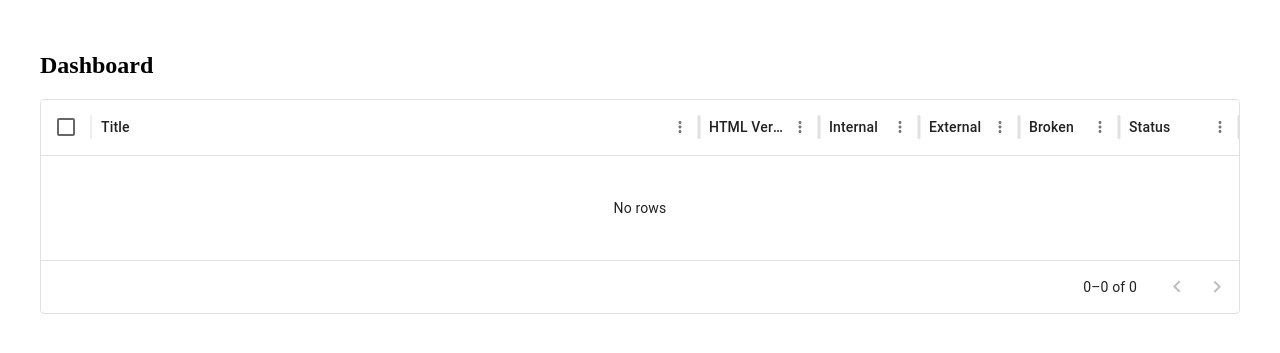
Repository: asliayk/web-crawler-dashboard
Page: /dashboard (app in frontend/)
These files come from the project's save history. The page is drawn as it stood at one moment and after the next save; the edit follows.
The browser window is 1280 px wide. The pictures show the whole page.
The page's requests for data from a server got no answer. The project was rebuilt for these pictures with package versions that can differ from the ones it lists, and the page was loaded fresh each time. No one was signed in, and anything a server would have sent is missing. Also part of the build but not shown: frontend/vite.config.ts, frontend/src/pages/UrlManagementPage.tsx, frontend/src/components/StatusBadge.tsx, frontend/src/components/BulkActionBar.tsx, frontend/src/pages/DetailPage.tsx.

Above is the page before, as saved 2025-07-17 03:23:33.

After the next save:
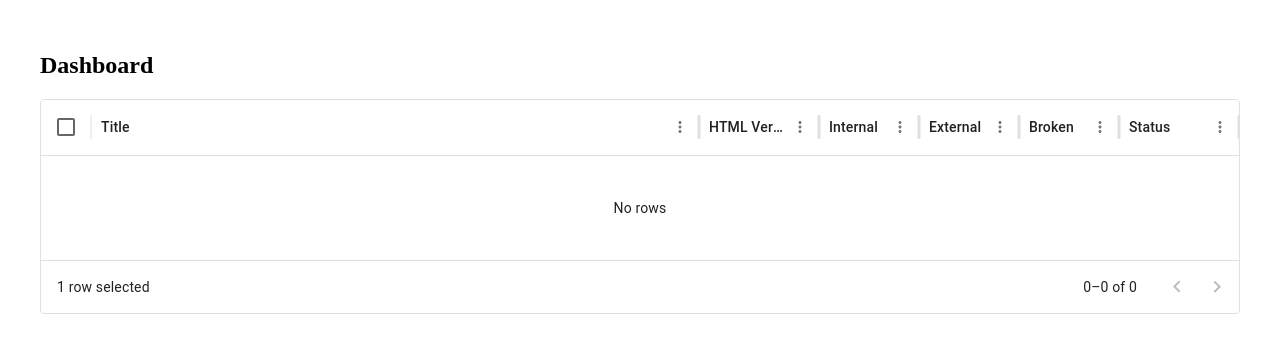
Saved 50 s later.
--- a/frontend/src/pages/DashboardPage.tsx
+++ b/frontend/src/pages/DashboardPage.tsx
@@ -26,7 +26,7 @@ async function bulkRestart(ids: (string | number)[]) {
 
 export default function DashboardPage() {
   const [urls, setUrls] = useState<any[]>([]);
-  const [selection, setSelection] = useState<{ ids: (string | number)[] }>({ ids: [] });
+  const [selection, setSelection] = useState<{ type: string; ids: (string | number)[] }>({ type: 'row', ids: [] });
   const [page, setPage] = useState(1);
   const [pageSize, setPageSize] = useState(10);
   const [rowCount, setRowCount] = useState(0);
@@ -56,8 +56,8 @@ export default function DashboardPage() {
       <DashboardTable
         rows={urls}
         onRowClick={(row) => {/* detay modal aç */}}
-        selectionModel={selection.ids}
-        onSelectionModelChange={(ids) => setSelection({ ids: Array.isArray(ids) ? ids : [] })}
+        selectionModel={selection}
+        onSelectionModelChange={(model) => setSelection(model)}
         page={page}
         pageSize={pageSize}
         rowCount={rowCount}
